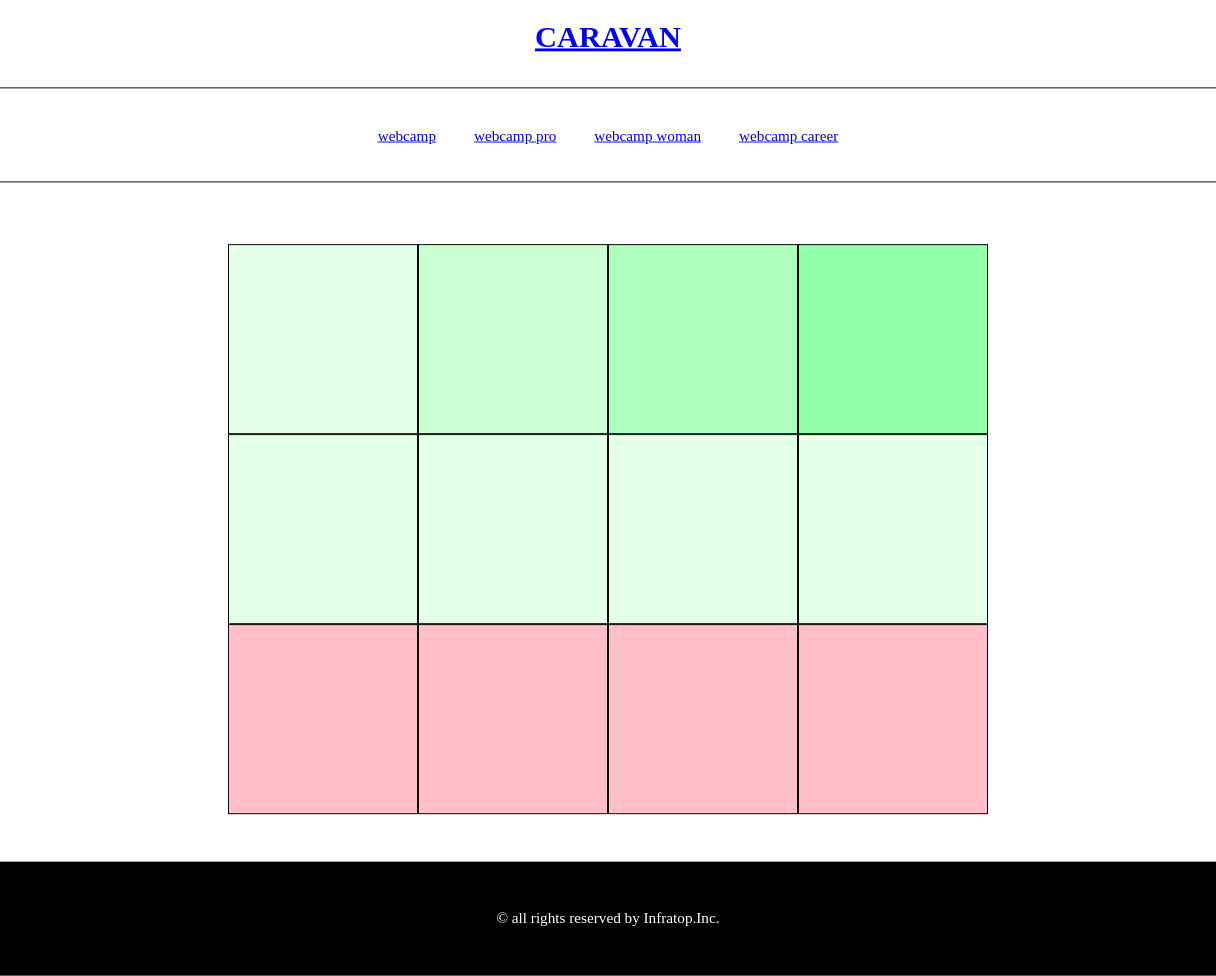
Repository: yukito7878/HTML-CSS-practice
Page: caravan/index5.html
The author's editor kept a record of every edit. The page is drawn from the files as they stood at one moment, then again after the next edit.
The browser window is 1280 px wide. The pictures show the whole page, at 95% of full size.

Above is the page before.

After the next edit:
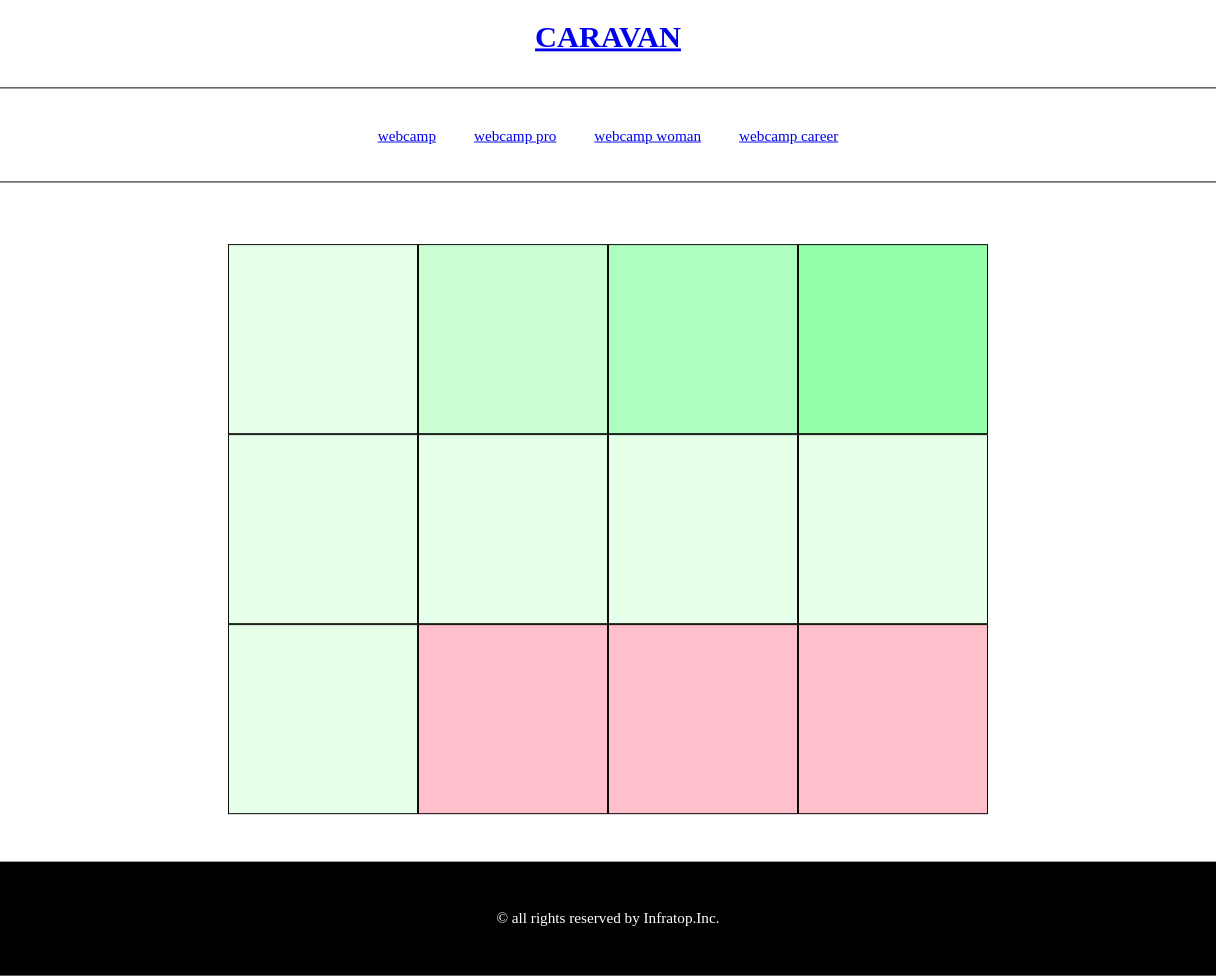
The edit:
--- a/caravan/style5.css
+++ b/caravan/style5.css
@@ -79,7 +79,7 @@
 .row1column3{
   background-color: #e6ffe9;
 }
-.row0column0{
+.row2column0{
   background-color: #e6ffe9;
 }
 .row0column0{
